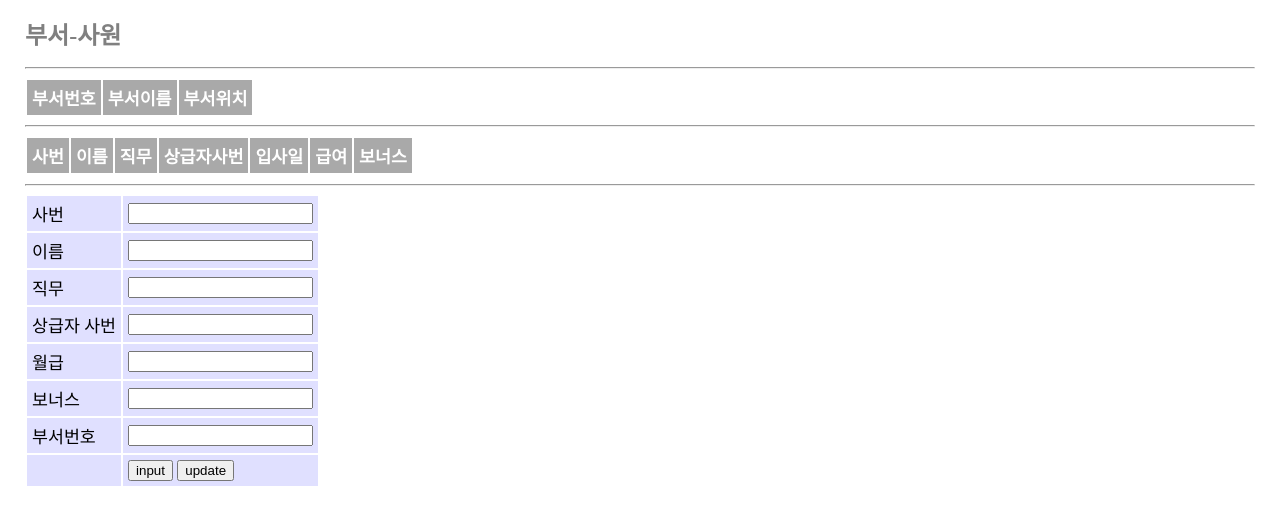
Repository: jjuiru/web-sts4
Page: http://localhost/_sb0322-1/WEB-INF/views/root.jsp
An editor plug-in stored every save of this project. The page is shown before and after the next save, followed by the edit.
The browser window is 1280 px wide. The pictures show the whole page.
The page is served by Tomcat 9. Nobody is signed in. Other server files are loaded and not shown. The template is opened directly, without the code that normally fills it, so the values that code supplies are empty.

Above is the page before, as saved 2024-03-22 11:07:00.

### _sb0322-1/src/main/webapp/WEB-INF/views/root.jsp
<%@ page language="java" contentType="text/html; charset=UTF-8"
	pageEncoding="UTF-8"%>
<%@ taglib prefix="c" uri="http://java.sun.com/jsp/jstl/core"%>

<!DOCTYPE HTML>
<head>
<title>top page</title>
<meta http-equiv="Content-Type" content="text/html; charset=UTF-8" />
<style>
h1 {
	font-size: 18pt;
	font-weight: bold;
	color: gray;
}

body {
	font-size: 13pt;
	color: gray;
	margin: 5px 25px;
}

tr {
	margin: 5px;
}

th {
	padding: 5px;
	color: white;
	background: darkgray;
}

td {
	padding: 5px;
	color: black;
	background: #e0e0ff;
}

.err {
	color: red;
}
</style>
</head>
<body>
	<h1>부서-사원</h1>
	<hr />
	<table>
		<tr>
			<th>부서번호</th>
			<th>부서이름</th>
			<th>부서위치</th>
		</tr>
		<c:forEach var="dept" items="${list}">
			<tr>
				<td><a href="selectEmp?deptno=${dept.deptno}">${dept.deptno}</a></td>
				<td>${dept.dname}</td>
				<td>${dept.loc}</td>
			</tr>
		</c:forEach>
	</table>
	<hr />

	<table>
		<tr>
			<th>사번</th>
			<th>이름</th>
			<th>직무</th>
			<th>상급자사번</th>
			<th>입사일</th>
			<th>급여</th>
			<th>보너스</th>
		</tr>
		<c:forEach var="emp" items="${list2}">
			<tr>
				<td><a href="updateForm1?empno=${emp.empno}">${emp.empno}</a></td>
				<td>${emp.ename}</td>
				<td>${emp.job}</td>
				<td>${emp.mgr}</td>
				<td>${emp.hiredate}</td>
				<td>${emp.sal}</td>
				<td>${emp.comm}</td>
			</tr>
		</c:forEach>
	</table>
	<hr />
<form method="post" action="input">
    <table>
        <tr>
            <td><label for="empno">사번</label></td>
            <td><input type="text" name="empno" value="${list3.empno}"  /></td>
        </tr>
        <tr>
            <td><label for="ename">이름</label></td>
            <td><input type="text" name="ename" value="${list3.ename}" /></td>
        </tr>
        <tr>
            <td><label for="job">직무</label></td>
            <td><input type="text" name="job" value="${list3.job}" /></td>
        </tr>
        <tr>
            <td><label for="mgr">상급자 사번</label></td>
            <td><input type="text" name="mgr" value="${list3.mgr}" /></td>
        </tr>
        <tr>
            <td><label for="sal">월급</label></td>
            <td><input type="text" name="sal" value="${list3.sal}" /></td>
        </tr>
        <tr>
            <td><label for="comm">보너스</label></td>
            <td><input type="text" name="comm" value="${list3.comm}" /></td>
        </tr>
        <tr>
            <td><label for="deptno">부서번호</label></td>
            <td><input type="text" name="deptno" value="${list3.deptno}" /></td>
        </tr>
        <tr>
            <td></td>
            <td>
                <input type="submit" value="input" />
                <input type="button" value="update" onclick="submitForm('update')" />
            </td>
        </tr>
    </table>
</form>

<script>
    function submitForm(action) {
        document.forms[0].action = action;
        document.forms[0].submit();
    }
</script>

</body>
</html>

After the next save:
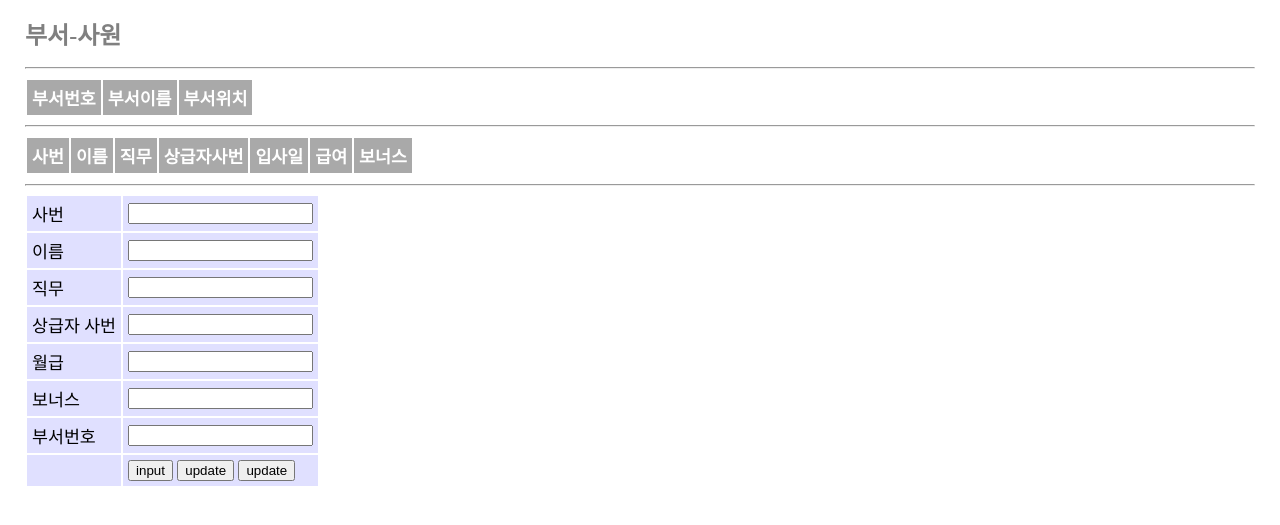
Saved 5 min 20 s later.
--- a/_sb0322-1/src/main/webapp/WEB-INF/views/root.jsp
+++ b/_sb0322-1/src/main/webapp/WEB-INF/views/root.jsp
@@ -117,6 +117,7 @@ td {
             <td>
                 <input type="submit" value="input" />
                 <input type="button" value="update" onclick="submitForm('update')" />
+                <input type="button" value="update" onclick="submitForm('delete')" />
             </td>
         </tr>
     </table>
